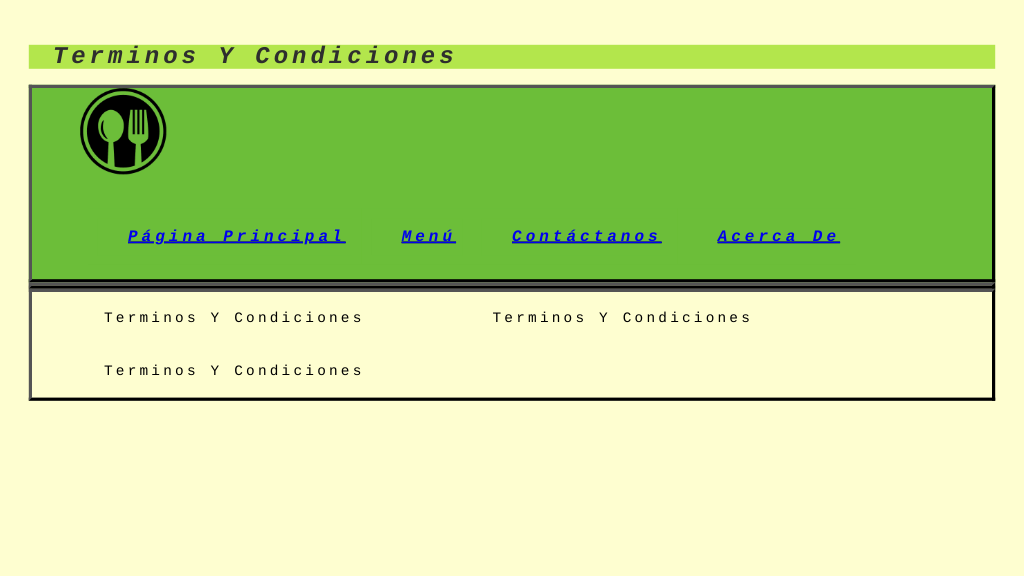
Repository: UVMCoyoacan/eq06_sitio1
Page: Carpeta docs/terminos.html
These files come from the project's save history. The page is drawn as it stood at one moment and after the next save; the edit follows.
The browser window is 1280 px wide. The pictures show the whole page, at 80% of full size.

Above is the page before, as saved 2024-04-13 22:54:32.

After the next save:
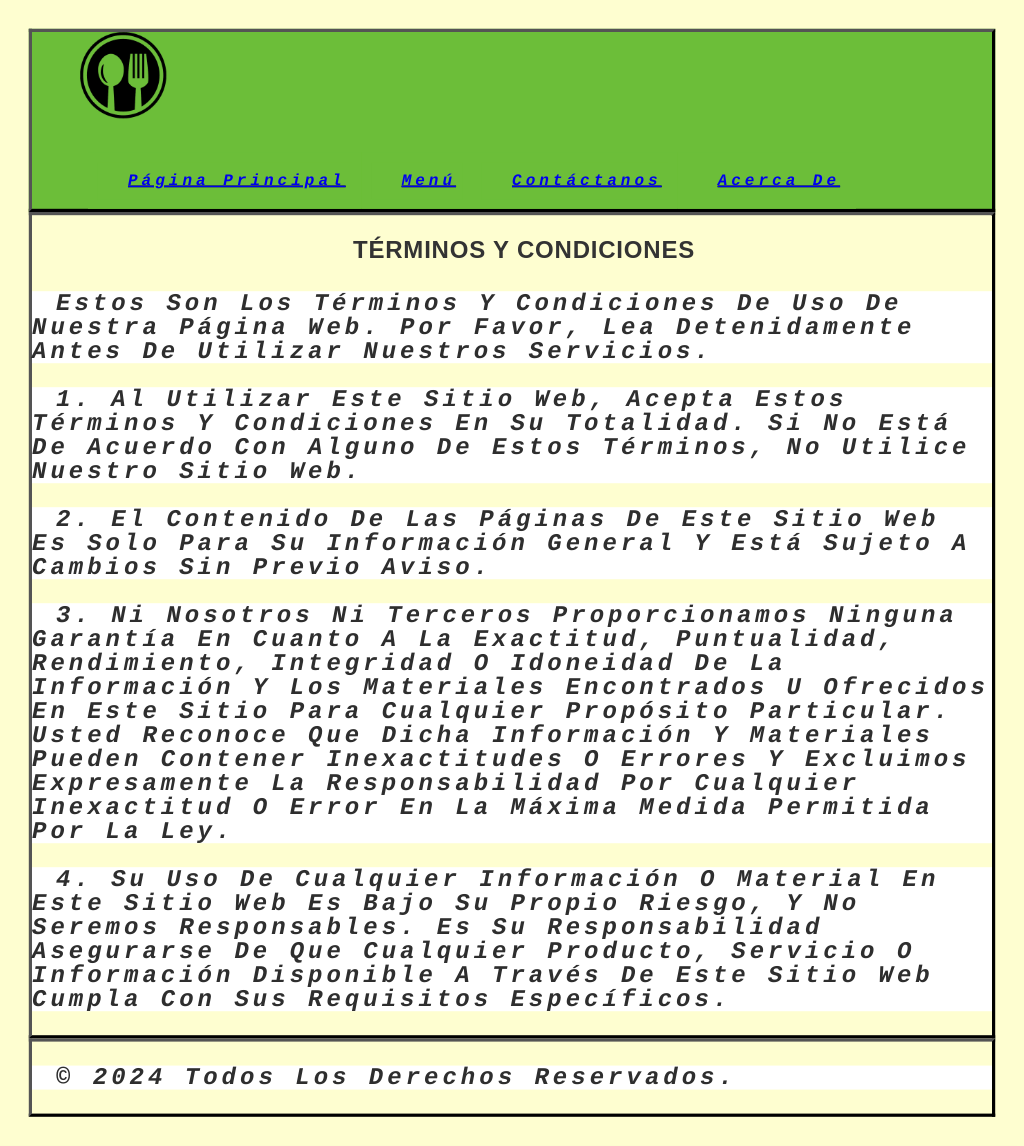
Saved 4 s later.
--- a/Carpeta docs/terminos.html
+++ b/Carpeta docs/terminos.html
@@ -1,44 +1,43 @@
 <!DOCTYPE html>
 <html>
-    <head>
-        <t<itle>
-            <h1>Terminos y condiciones</h1>
-        </itle>
-        <link rel="stylesheet" href="../Carpeta estilos/estilo1.css"/>
-        <meta charset="utf-8" />
-    </head>
-    <body>
-        <header id="parte_inicial" role="banner">
-            <div class="encabezado" style="display: flex;   flex-wrap: wrap;">
-                    <div style="flex-wrap:wrap ;">
-                    <img width="108" height="108" src="../Carpeta ims/tres.png" >
-                    </div>
-            <div style="display: flex;   flex-wrap: wrap;">
-            <ul >
-                <li><a href="../index.html">Página principal</a></li>
-                <li><a href="./menu.html">Menú</a></li>
-                <li><a href="#">Contáctanos</a></li>
-                <li style="float:right"><a class="active" href="../Carpeta docs/acercade.html">Acerca de</a></li>
-            </ul>
+<head>
+    <link rel="stylesheet" href="./Carpeta estilos/estilo1.css"/>
+    <meta charset="utf-8" />
+    <title>Términos y Condiciones</title>
+</head>
+<body>
+    <header id="parte_inicial" role="banner">
+        <div class="encabezado" style="display: flex; flex-wrap: wrap;">
+            <div style="flex-wrap:wrap; text-align: center; white-space: nowrap;">
+                <img width="108" height="108" src="./Carpeta ims/tres.png" onclick="redirigirIndex()" style="text-align: left; cursor:pointer; text-align: center;">
+            </div>
+            <div>
+                <ul>
+                    <li><a href="#">Página principal</a></li>
+                    <li><a href="./Carpeta docs/menu.html">Menú</a></li>
+                    <li><a href="./Carpeta docs/contactos.html">Contáctanos</a></li>
+                    <li><a class="active" href="./Carpeta docs/acercade.html">Acerca de</a></li>
+                </ul>
+            </div>
         </div>
-            </div>
-        </header>
-    <div style="border-style: outset;
-    border-color: #000000;
-    border-width: .4ch;"></div>
-        <div style="border-style: outset;
-        border-color: #000000;
-        border-width: .4ch;">
-            <footer >
-                <div style="display: flex;   flex-wrap: wrap;">
-                    <ul>Terminos y condiciones</ul>
-                    <ul>Terminos y condiciones</ul>
-                    <ul>Terminos y condiciones</ul>
-                </div>
+    </header>
 
-            </footer>
+    <div style="border-style: outset; border-color: #000000; border-width: .4ch;">
+        <h2>Términos y Condiciones</h2>
+        <div>
+            <p>Estos son los términos y condiciones de uso de nuestra página web. Por favor, lea detenidamente antes de utilizar nuestros servicios.</p>
+            <p>1. Al utilizar este sitio web, acepta estos términos y condiciones en su totalidad. Si no está de acuerdo con alguno de estos términos, no utilice nuestro sitio web.</p>
+            <p>2. El contenido de las páginas de este sitio web es solo para su información general y está sujeto a cambios sin previo aviso.</p>
+            <p>3. Ni nosotros ni terceros proporcionamos ninguna garantía en cuanto a la exactitud, puntualidad, rendimiento, integridad o idoneidad de la información y los materiales encontrados u ofrecidos en este sitio para cualquier propósito particular. Usted reconoce que dicha información y materiales pueden contener inexactitudes o errores y excluimos expresamente la responsabilidad por cualquier inexactitud o error en la máxima medida permitida por la ley.</p>
+            <p>4. Su uso de cualquier información o material en este sitio web es bajo su propio riesgo, y no seremos responsables. Es su responsabilidad asegurarse de que cualquier producto, servicio o información disponible a través de este sitio web cumpla con sus requisitos específicos.</p>
         </div>
-    </body>
-    <script src="../Carpeta js/js1.js">
-    </script>
+    </div>
+
+    <div style="border-style: outset; border-color: #000000; border-width: .4ch;">
+        <footer>
+            <p>© 2024 Todos los derechos reservados.</p>
+        </footer>
+    </div>
+</body>
+<script src="./Carpeta js/js1.js"></script>
 </html>
